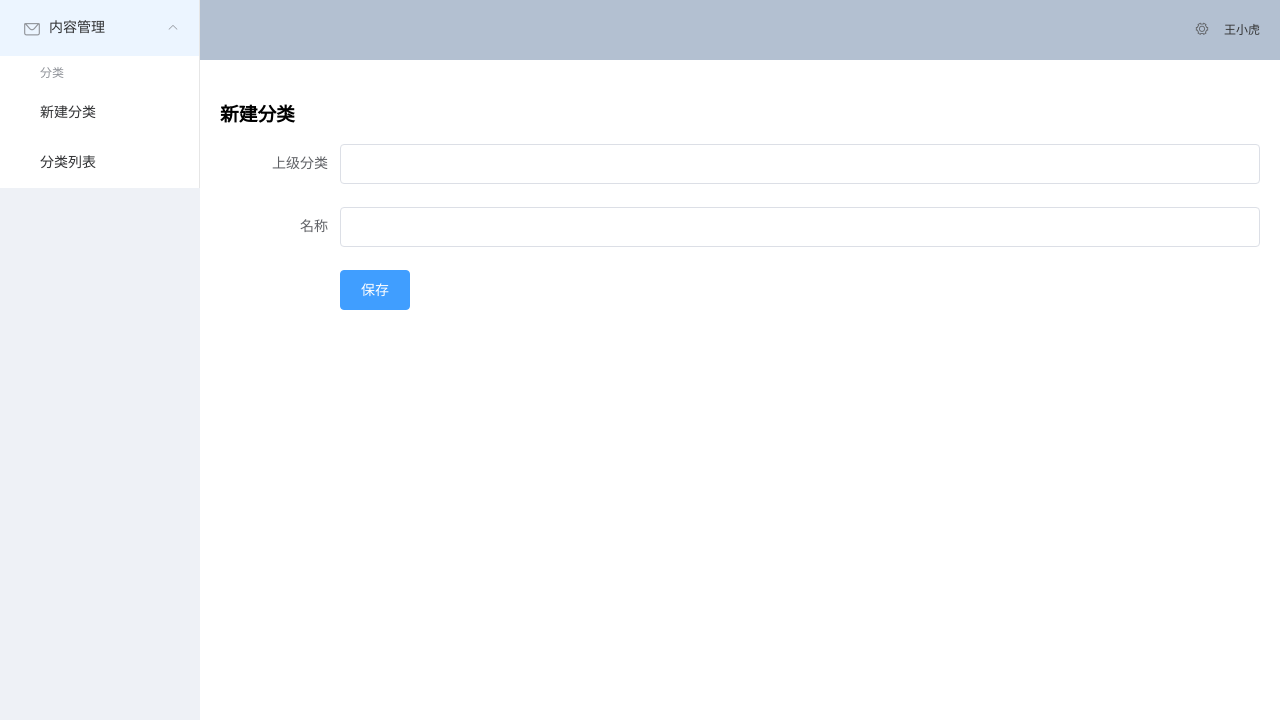
Repository: fish-zmy/wangzherongyao
Page: /#/categories/create (app in admin/)
These files come from the project's save history. The page is drawn as it stood at one moment and after the next save; the edit follows.
The browser window is 1280 px wide. The pictures show the whole page.
The project was rebuilt for these pictures with package versions that can differ from the ones it lists, and the page was loaded fresh each time. Also part of the build but not shown: admin/vue.config.js, admin/src/views/CategoryList.vue. Imported but missing from the stored project, and not drawn on this page: admin/src/views/Home.vue.

Above is the page before, as saved 2020-06-16 20:42:52.

After the next save:
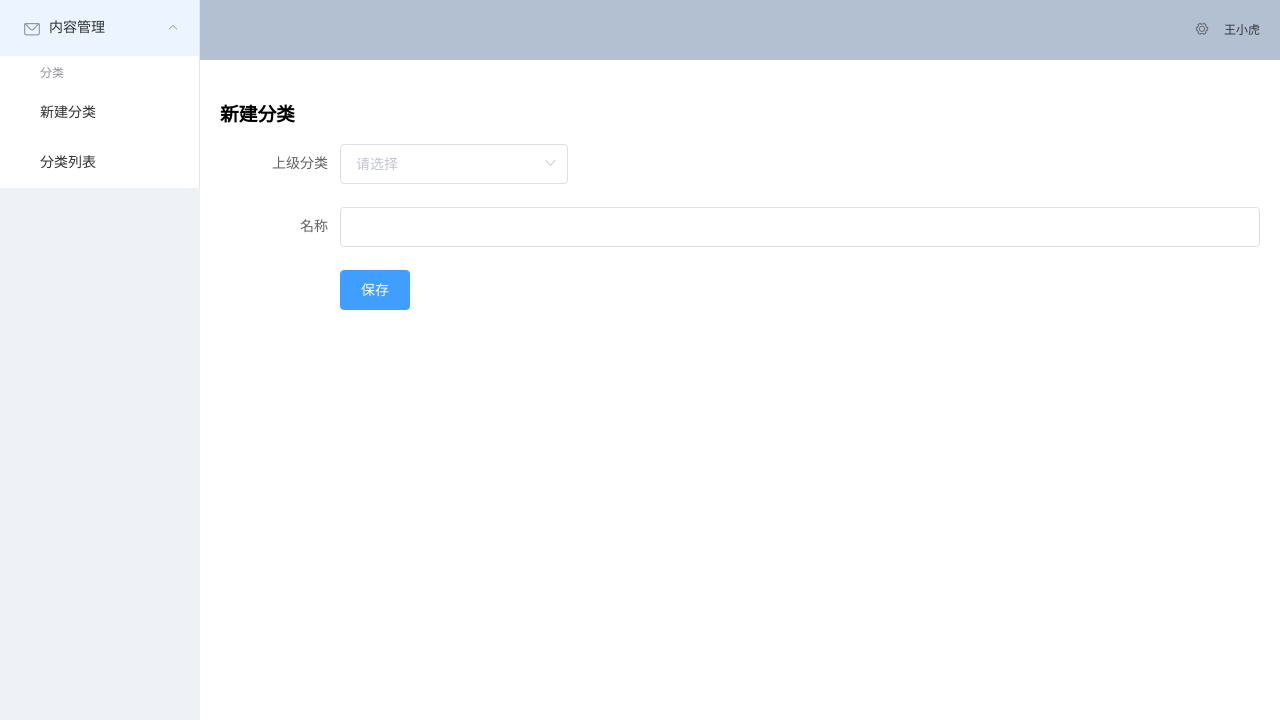
Saved 21 s later.
--- a/admin/src/views/CategoryEdit.vue
+++ b/admin/src/views/CategoryEdit.vue
@@ -3,7 +3,7 @@
     <h1>{{id ? '编辑':'新建'}}分类</h1>
     <el-form label-width="120px" @submit.native.prevent="save">
     <el-form-item label="上级分类">
-        <el-input v-model="model.name"></el-input>
+        <el-select v-model="model.name"></el-select>
       </el-form-item>
       <el-form-item label="名称">
         <el-input v-model="model.name"></el-input>
